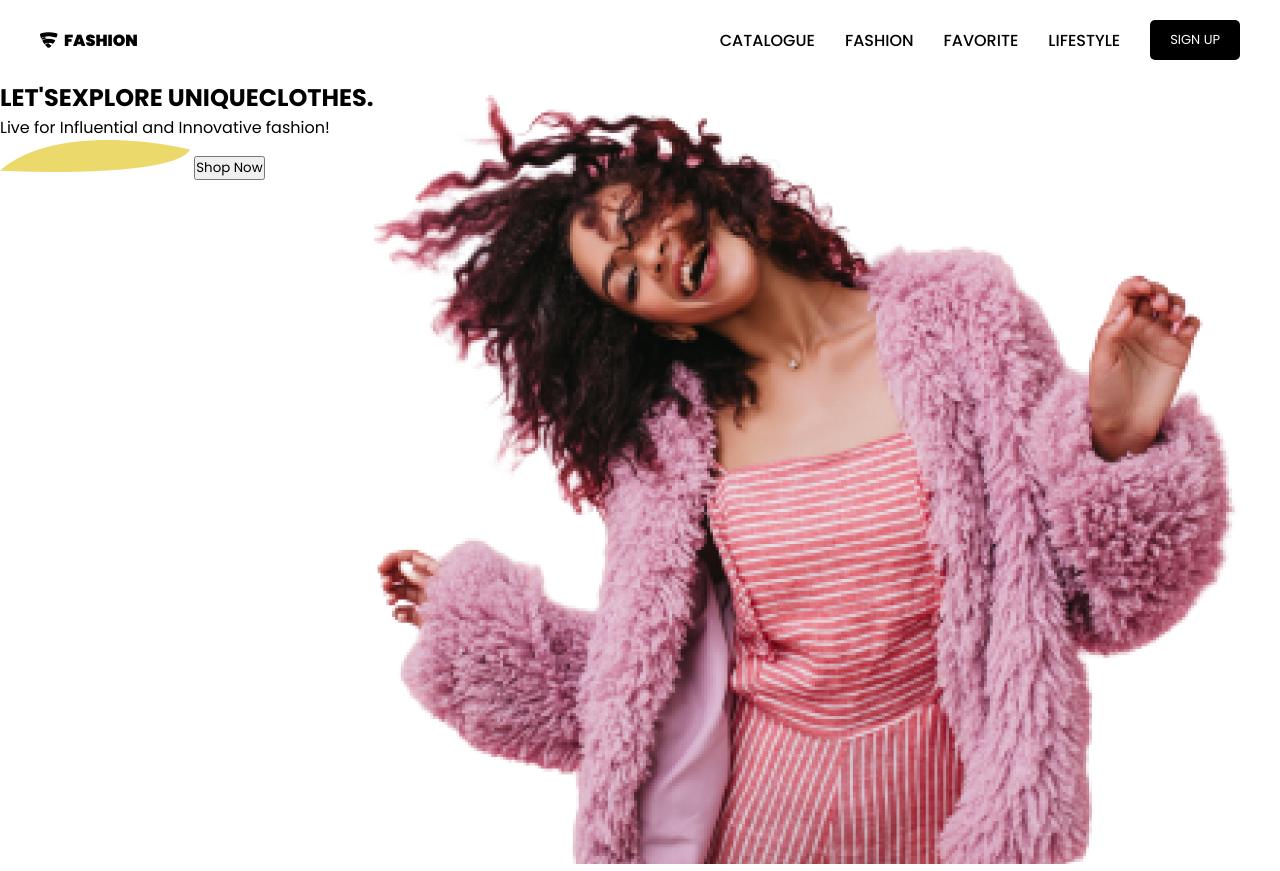
Repository: isaacCodes1/FashionSite
Page: index.html
The author's editor kept a copy of each file at every save. The page is drawn from the files as they stood at one save, then again after a run of saves.
The browser window is 1280 px wide. The pictures show the whole page.

Above is the page before, as saved 2024-03-11 15:34:26.

### index.html
<!DOCTYPE html>
<html lang="en">
  <head>
    <meta charset="UTF-8" />
    <meta name="viewport" content="width=device-width, initial-scale=1.0" />
    <title>Shopping Site Assignment</title>
    <link rel="stylesheet" href="style.css">
  </head>
  <body>
    <header>
      <nav>
        <div class="image">
          <a href="#"><img src="/Assets/Vector.png" />FASHION</a>
        </div>
        <div class="navItems">
          <ul>
            <li><a href="#">CATALOGUE</a></li>
            <li><a href="#">FASHION</a></li>
            <li><a href="#">FAVORITE</a></li>
            <li><a href="#">LIFESTYLE</a></li>
          </ul>
          <button>SIGN UP</button>
        </div>
      </nav>
    </header>
    <main>
      <section class="firstpagecont">
        <div class="firstpage">
          <div class="txtcont">
            <h1>
              <span class="spn1">LET'S</span>EXPLORE
              <span class="spn2">UNIQUE</span>CLOTHES.
            </h1>
            <p>Live for Influential and Innovative fashion!</p>
            <div class="txtbtn">
              <img src="/Assets/Vector 9.png" alt="" />
              <button class="btns">Shop Now</button>
            </div>
          </div>
          <div class="imgcont">
            <img src="/Assets/girl.png" alt="" />
          </div>
        </div>
      </section>
    </main>
  </body>
</html>

### style.css
@import url("https://fonts.googleapis.com/css2?family=Poppins:ital,wght@0,100;0,200;0,300;0,400;0,500;0,600;0,700;0,800;0,900;1,100;1,200;1,300;1,400;1,500;1,600;1,700;1,800;1,900&display=swap");
* {
  margin: 0;
  padding: 0;
  box-sizing: border-box;
  font-family: "Poppins", sans-serif;
}
nav {
  display: flex;
  align-items: center;
  justify-content: space-between;
  width: 100%;
  padding: 20px 40px;
}
.image a {
  display: flex;
  align-items: center;
  gap: 6px;
  text-decoration: none;
  color: #000;
  font-size: 16px;
  font-weight: 900;
}
.image a img{
    width: 16%;
}
.navItems{
    display: flex;
    gap: 30px;
    align-items: center;
}
.navItems ul{
    display: flex;
    gap: 30px;
    list-style: none;
}
.navItems ul li a{
    text-decoration: none;
    color: #000;
    font-size: 16px;
    font-weight: 500;
}
.navItems li:hover{
    transform: scale(1.05);
    transition: 1s ease-in-out;
}
.navItems button{
    border: 0;
    background: #000;
    padding: 10px 20px;
    color: #fff;
    border-radius: 5px;
    font-size: 13px;
}
.navItems button:hover{
    transform: scale(1.05);
    transition: 1s ease-in-out;
    color: #000;
    background: rgb(137, 136, 136);
}
/* firstPageCtn */
.firstpage{
    display: flex;
    flex: 1;
    width: 100%;
    height: 90vh;

}

After the next 11 saves:
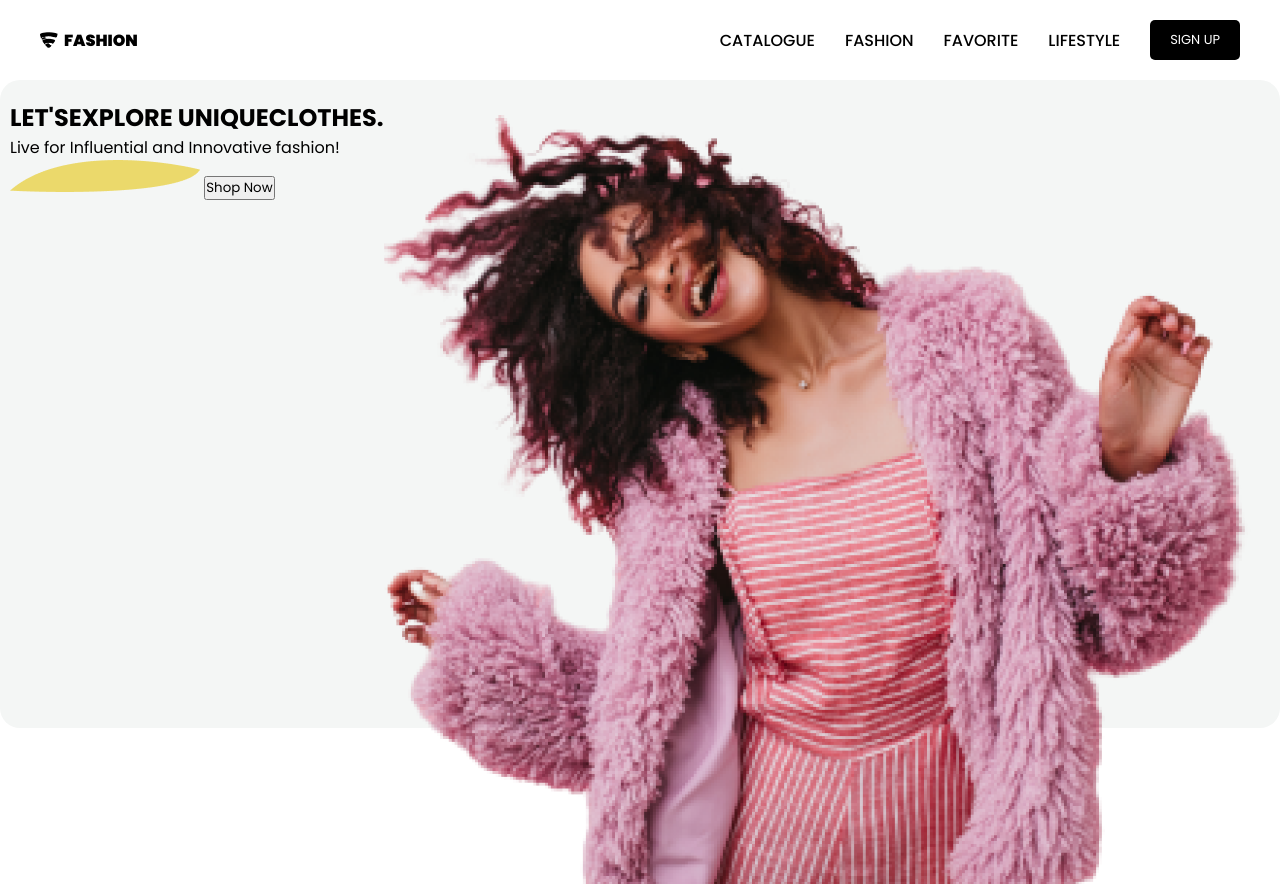
The 11 saves are shown as one change because they came seconds apart.
The last was saved 28 s later.
--- a/style.css
+++ b/style.css
@@ -64,5 +64,7 @@
     flex: 1;
     width: 100%;
     height: 90vh;
-
+    padding: 20px 10px 0px 10px;
+    border-radius: 20px;
+    background: #f4f6f5;
 }
